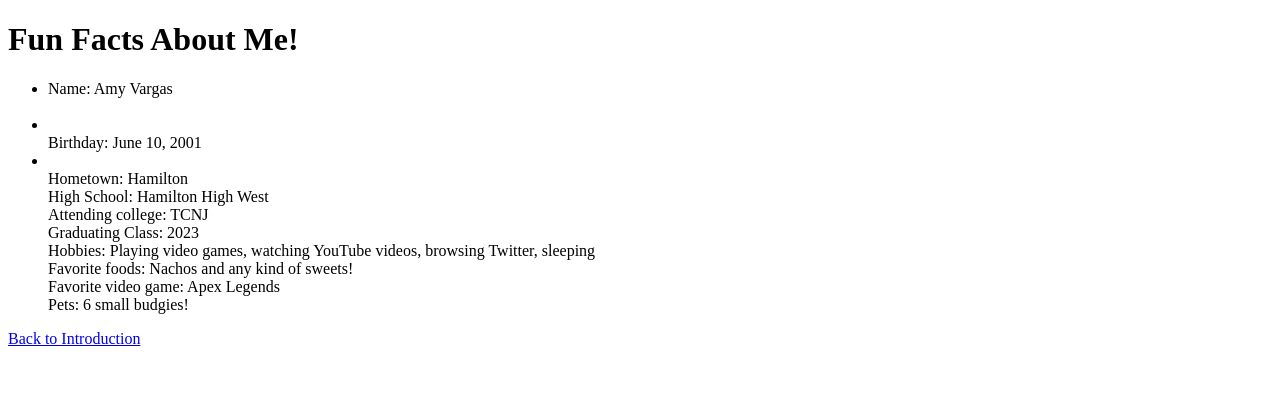
Repository: A-Vargas-GP/imm_my_website
Page: personal_site/personal/personal_facts.html
The author's editor kept a record of every edit. The page is drawn from the files as they stood at one moment, then again after the next edit.
The browser window is 1280 px wide. The pictures show the whole page.

Above is the page before.

### personal_site/personal/personal_facts.html
<!DOCTYPE html>
<html>
    <head> <meta charset = "utf-8">
        <title> All about Me! </title>
    </head>

    <body>
        <h1> Fun Facts About Me! </h1>

            <ul>
                <li> Name: Amy Vargas </li>
                </br>
                <li> </li>Birthday: June 10, 2001
                </br>
                <li></li>Hometown: Hamilton
                </br>
                High School: Hamilton High West
                </br>
                Attending college: TCNJ
                </br>
                Graduating Class: 2023
                </br>
                Hobbies: Playing video games, watching YouTube videos, browsing Twitter, sleeping
                </br>
                Favorite foods: Nachos and any kind of sweets!
                </br>
                Favorite video game: Apex Legends
                </br>
                Pets: 6 small budgies!
            </ul>

        <a href = "../introduction.html"> Back to Introduction </a>
    </body>
</html>

After the next edit:
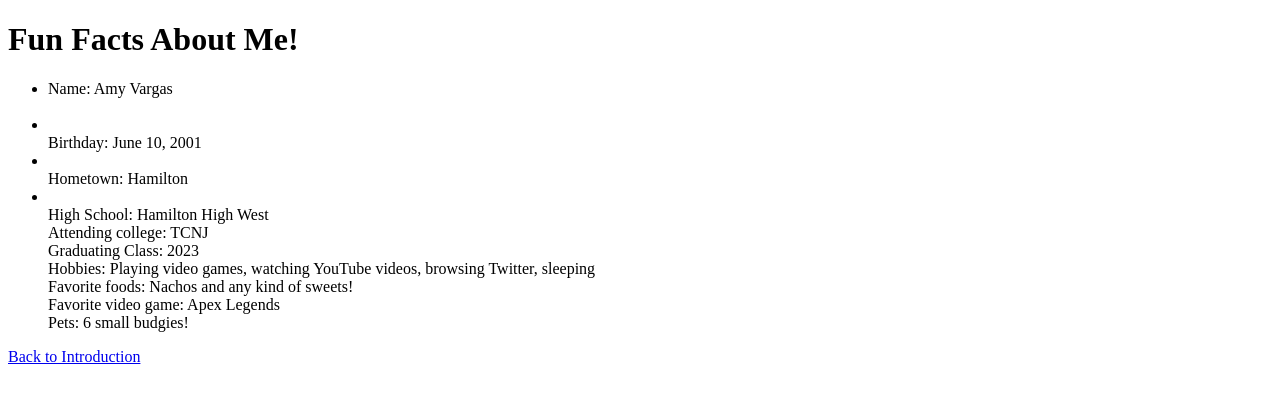
The edit:
--- a/personal_site/personal/personal_facts.html
+++ b/personal_site/personal/personal_facts.html
@@ -14,7 +14,7 @@
                 </br>
                 <li></li>Hometown: Hamilton
                 </br>
-                High School: Hamilton High West
+                <li></li>High School: Hamilton High West
                 </br>
                 Attending college: TCNJ
                 </br>
